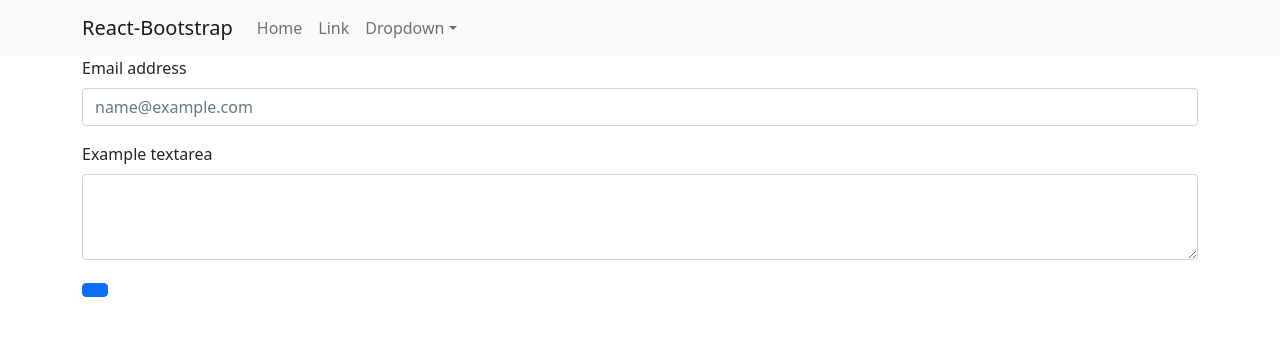
Repository: nnbxxx/-Redux-Ultimate---Redux
Page: /
These files come from the project's save history. The page is drawn as it stood at one moment and after the next save; the edit follows.
The browser window is 1280 px wide. The pictures show the whole page.
The page's requests for data from a server got no answer. The project was rebuilt for these pictures with package versions that can differ from the ones it lists, and the page was loaded fresh each time. No one was signed in, and anything a server would have sent is missing.

Above is the page before, as saved 2023-04-22 08:14:29.

After the next save:
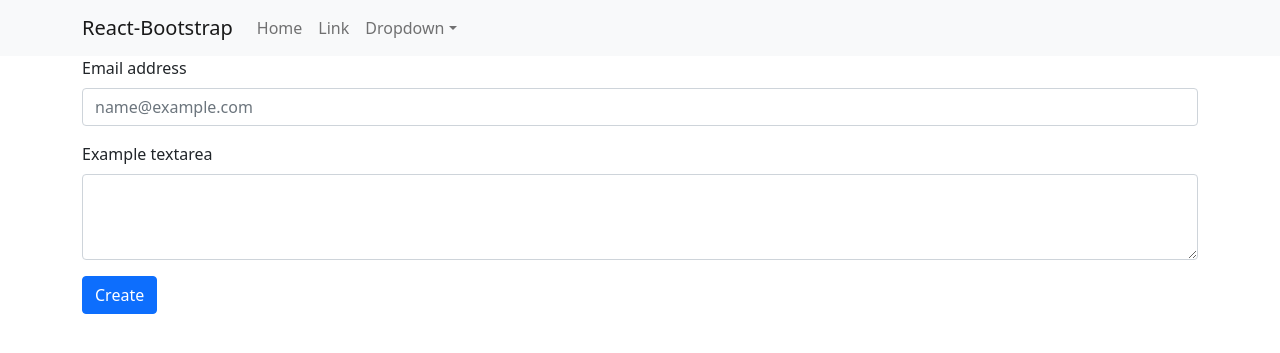
Saved 4 s later.
--- a/src/components/FormAddNew.js
+++ b/src/components/FormAddNew.js
@@ -16,7 +16,7 @@ const FormAddNew = (props) => {
             <Form.Control as='textarea' rows={3} />
           </Form.Group>
         </Form>
-        <Button variant='primary'></Button>
+        <Button variant='primary'>Create</Button>
       </Container>
     </>
   );
